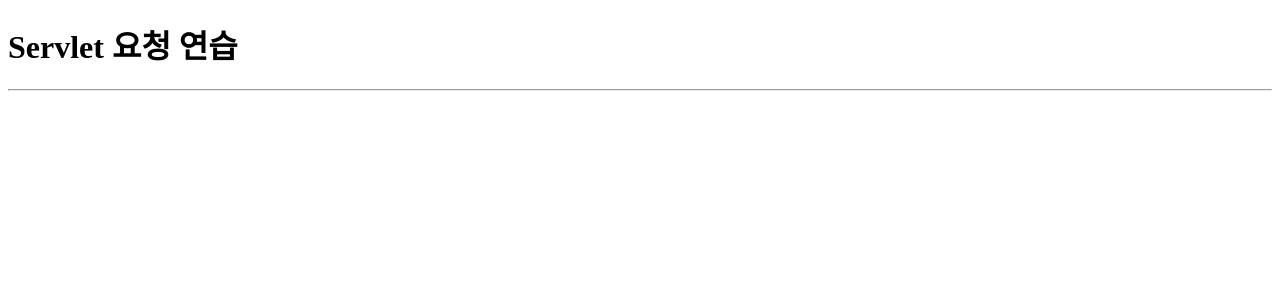
Repository: larlarru/HighJava_study2
Page: servletTest/WebContent/01/doBasicServlet.html
An editor plug-in stored every save of this project. The page is shown before and after the next save, followed by the edit.
The browser window is 1280 px wide. The pictures show the whole page.

Above is the page before, as saved 2020-11-25 07:43:42.

After the next save:
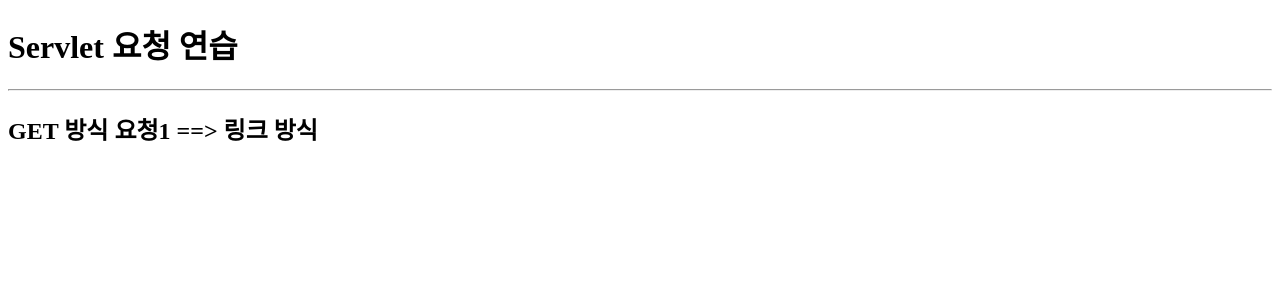
Saved 17 s later.
--- a/servletTest/WebContent/01/doBasicServlet.html
+++ b/servletTest/WebContent/01/doBasicServlet.html
@@ -9,7 +9,7 @@
 	<h1>Servlet 요청 연습</h1>
 	<hr>
 
-	<h2></h2>
+	<h2>GET 방식 요청1 ==> 링크 방식</h2>
 
 </body>
 </html>
